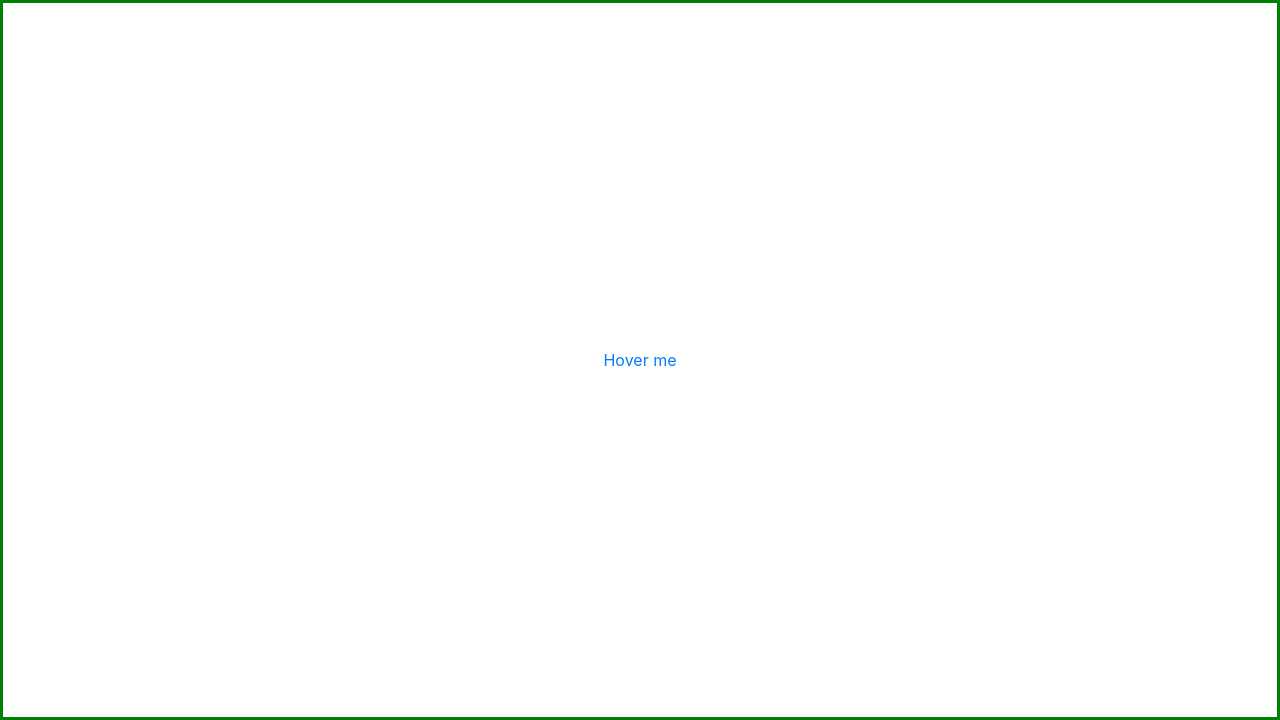
Repository: tts2610/React-Intro
Page: /
These files come from the project's save history. The page is drawn as it stood at one moment and after the next save; the edit follows.
The browser window is 1280 px wide. The pictures show the whole page.
Some web libraries are served in a nearby version. The project was rebuilt for these pictures with package versions that can differ from the ones it lists, and the page was loaded fresh each time. Also part of the build but not shown: src/components/ChoiceCard.js, src/components/Button.js, src/components/Result.js, src/components/History.js.

Above is the page before, as saved 2020-05-26 23:43:57.

### public/index.html
<!DOCTYPE html>
<html lang="en">

<head>
    <meta charset="utf-8" />
    <link rel="icon" href="%PUBLIC_URL%/favicon.ico" />
    <meta name="viewport" content="width=device-width, initial-scale=1" />
    <meta name="theme-color" content="#000000" />
    <meta name="description" content="Web site created using create-react-app" />
    <link rel="apple-touch-icon" href="%PUBLIC_URL%/logo192.png" />
    <!--
      manifest.json provides metadata used when your web app is installed on a
      user's mobile device or desktop. See https://developers.google.com/web/fundamentals/web-app-manifest/
    -->
    <link rel="manifest" href="%PUBLIC_URL%/manifest.json" />
    <!--
      Notice the use of %PUBLIC_URL% in the tags above.
      It will be replaced with the URL of the `public` folder during the build.
      Only files inside the `public` folder can be referenced from the HTML.

      Unlike "/favicon.ico" or "favicon.ico", "%PUBLIC_URL%/favicon.ico" will
      work correctly both with client-side routing and a non-root public URL.
      Learn how to configure a non-root public URL by running `npm run build`.
    -->
    <title>React App</title>
    <link rel="stylesheet" href="https://maxcdn.bootstrapcdn.com/bootstrap/4.0.0/css/bootstrap.min.css" integrity="sha384-Gn5384xqQ1aoWXA+058RXPxPg6fy4IWvTNh0E263XmFcJlSAwiGgFAW/dAiS6JXm" crossorigin="anonymous">
</head>

<body>
    <noscript>You need to enable JavaScript to run this app.</noscript>
    <div id="root"></div>
    <!--
      This HTML file is a template.
      If you open it directly in the browser, you will see an empty page.

      You can add webfonts, meta tags, or analytics to this file.
      The build step will place the bundled scripts into the <body> tag.

      To begin the development, run `npm start` or `yarn start`.
      To create a production bundle, use `npm run build` or `yarn build`.
    -->
    <script src="https://code.jquery.com/jquery-3.2.1.slim.min.js" integrity="sha384-KJ3o2DKtIkvYIK3UENzmM7KCkRr/rE9/Qpg6aAZGJwFDMVNA/GpGFF93hXpG5KkN" crossorigin="anonymous"></script>
    <script src="https://cdnjs.cloudflare.com/ajax/libs/popper.js/1.12.9/umd/popper.min.js" integrity="sha384-ApNbgh9B+Y1QKtv3Rn7W3mgPxhU9K/ScQsAP7hUibX39j7fakFPskvXusvfa0b4Q" crossorigin="anonymous"></script>
    <script src="https://maxcdn.bootstrapcdn.com/bootstrap/4.0.0/js/bootstrap.min.js" integrity="sha384-JZR6Spejh4U02d8jOt6vLEHfe/JQGiRRSQQxSfFWpi1MquVdAyjUar5+76PVCmYl" crossorigin="anonymous"></script>
</body>

</html>

### src/App.js
import React , {Component } from 'react';
import './App.css';
import ChoiceCard from './components/ChoiceCard';
import Button from './components/Button';
import Result from './components/Result';
import History from './components/History';


const choices = {
  rock:
    "https://opengameart.org/sites/default/files/forum-attachments/very%20simple%20rock_0.png",
  paper: "http://pngimagesfree.com/Paper/Thumb/blank-note-paper-free-clipa.png",
  scissor: "http://www.pngmart.com/files/1/Scissors-PNG-Pic.png"
};

export default class App extends Component{
    // const [choiceDic,setChoice] = useState({me:{winner:1,imgURL:choices.rock},computer:{winner:0,imgURL:choices.scissor}})
  constructor(props){
    super(props);
    this.state = {
      isStart:false,
      me:{winner:1,imgURL:"http://www.pngmart.com/files/1/Scissors-PNG-Pic.png"},
      computer:{winner:0,imgURL:"http://pngimagesfree.com/Paper/Thumb/blank-note-paper-free-clipa.png"},
      history:[]
    }
  }

  randomProperty = function (obj) {
    let keys = Object.keys(obj);
    let randomNum = keys.length * Math.random() << 0;
    return [obj[keys[randomNum]],keys[randomNum]];
  };

  handleClick = (myChoice)=>{
    let random = this.randomProperty(choices)
    let computerChoice = random[1];
    let myWinnerState;
    let computerWinnerState;
    if ((myChoice==='rock' && computerChoice==='scissor')||(myChoice==='paper' && computerChoice==='rock')|| (myChoice==='scissor' && computerChoice==='paper')) {
        myWinnerState = 1;
        computerWinnerState = 0;
    }else if((computerChoice==='rock' && myChoice==='scissor')||(computerChoice==='paper' && myChoice==='rock')|| (computerChoice==='scissor' && myChoice==='paper')){
        computerWinnerState = 1;
        myWinnerState = 0;
    }
    else{
        computerWinnerState = 2;
        myWinnerState = 2;
    }
    this.setState({
      me: {winner:myWinnerState,imgURL:choices[myChoice]},
      computer:{winner:computerWinnerState,imgURL:random[0]},
      history:[...this.state.history,[myWinnerState,computerWinnerState]]
    },()=>{
      console.log(this.state.history)
    });

  }

  render(){

    if(!this.state.isStart){
      return(<div className="center">
          <a href="" class="btn btn-2">
            <span class="txt">Hover me</span>
            <span class="round"><i class="fa fa-chevron-right"></i></span>
        </a>
      </div>)
    }
    return (
      <div className="App">
        <div className="row">
          <div className="col-6">
              <ChoiceCard title="You" winner={this.state.me.winner} imgURL={this.state.me.imgURL} />
          </div>
          <div className="col-6">
              <ChoiceCard title="Computer" winner={this.state.computer.winner} imgURL={this.state.computer.imgURL}/>
          </div>
        </div>

        <div className="row rowOfButtons">
        <Button type="rock" handleClick={this.handleClick}/>
        <Button type="paper" handleClick={this.handleClick}/>
        <Button type="scissor" handleClick={this.handleClick}/>
        </div>
        <div className="row mx-auto resultContainer py-5">
          <div className="col-md-3 rainbow mr-5 resultInner">
          <Result result={[this.state.me.winner,this.state.computer.winner]}/>
          </div>
          <div className="col-md-3 rainbow">
            <History historyList={this.state.history}/>
          </div>

        </div>
      </div>
    );
  }

}

### src/App.css
.App {
    min-height: 100vh;
    text-align: center;
    background-color: #e9ebee;
}

.rowOfButtons {
    display: flex;
    justify-content: center;
}

.rowOfButtons button {
    width: 100px;
}

.choice-card {
    flex: 1;
    display: flex;
    margin: 100px;
    font-size: 3em;
    padding: 0 40px;
    font-weight: 300;
    text-align: center;
    border-radius: 25px;
    flex-direction: column;
    align-items: center;
    border: 1px solid black;
    background-color: white;
    justify-content: space-around;
    box-shadow: 0 4px 8px 0 rgba(0, 0, 0, 0.2), 0 6px 20px 0 rgba(0, 0, 0, 0.19);
}

img {
    width: 250px;
    height: 250px;
}

h1 {
    font-size: 50px;
}

.winner {
    color: green;
    border: 10px solid green;
}

.loser {
    color: red;
    border: 10px solid red;
}

.tie {
    border: 10px solid black;
}

.result {
    width: max-content;
    display: flex;
    justify-content: center;
}

@-webkit-keyframes rotate {
    100% {
        -webkit-transform: rotate(1turn);
        transform: rotate(1turn);
    }
}

@keyframes rotate {
    100% {
        -webkit-transform: rotate(1turn);
        transform: rotate(1turn);
    }
}

.rainbow {
    position: relative;
    z-index: 0;
    width: 400px;
    height: 300px;
    border-radius: 10px;
    overflow: hidden;
    padding: 2rem;
    padding-bottom: 50px;
}

.rainbow::before {
    content: '';
    position: absolute;
    z-index: -2;
    left: -50%;
    top: -50%;
    width: 200%;
    height: 200%;
    background-color: #399953;
    background-repeat: no-repeat;
    background-size: 50% 50%, 50% 50%;
    background-position: 0 0, 100% 0, 100% 100%, 0 100%;
    background-image: -webkit-gradient(linear, left top, left bottom, from(#399953), to(#399953)), -webkit-gradient(linear, left top, left bottom, from(#fbb300), to(#fbb300)), -webkit-gradient(linear, left top, left bottom, from(#d53e33), to(#d53e33)), -webkit-gradient(linear, left top, left bottom, from(#377af5), to(#377af5));
    background-image: linear-gradient(#399953, #399953), linear-gradient(#fbb300, #fbb300), linear-gradient(#d53e33, #d53e33), linear-gradient(#377af5, #377af5);
    -webkit-animation: rotate 4s linear infinite;
    animation: rotate 4s linear infinite;
}

.rainbow::after {
    content: '';
    position: absolute;
    z-index: -1;
    left: 6px;
    top: 6px;
    width: calc(100% - 12px);
    height: calc(100% - 12px);
    background: white;
    border-radius: 5px;
}

.resultInner {
    display: flex;
    align-items: center;
    justify-content: center;
}

.resultContainer {
    justify-content: center;
}

.center {
    display: flex;
    justify-content: center;
    align-items: center;
    height: 100vh;
    border: 3px solid green;
}

Loaded but not shown: src/index.js (common file); src/index.css (common file); src/serviceWorker.js (common file)

After the next save:
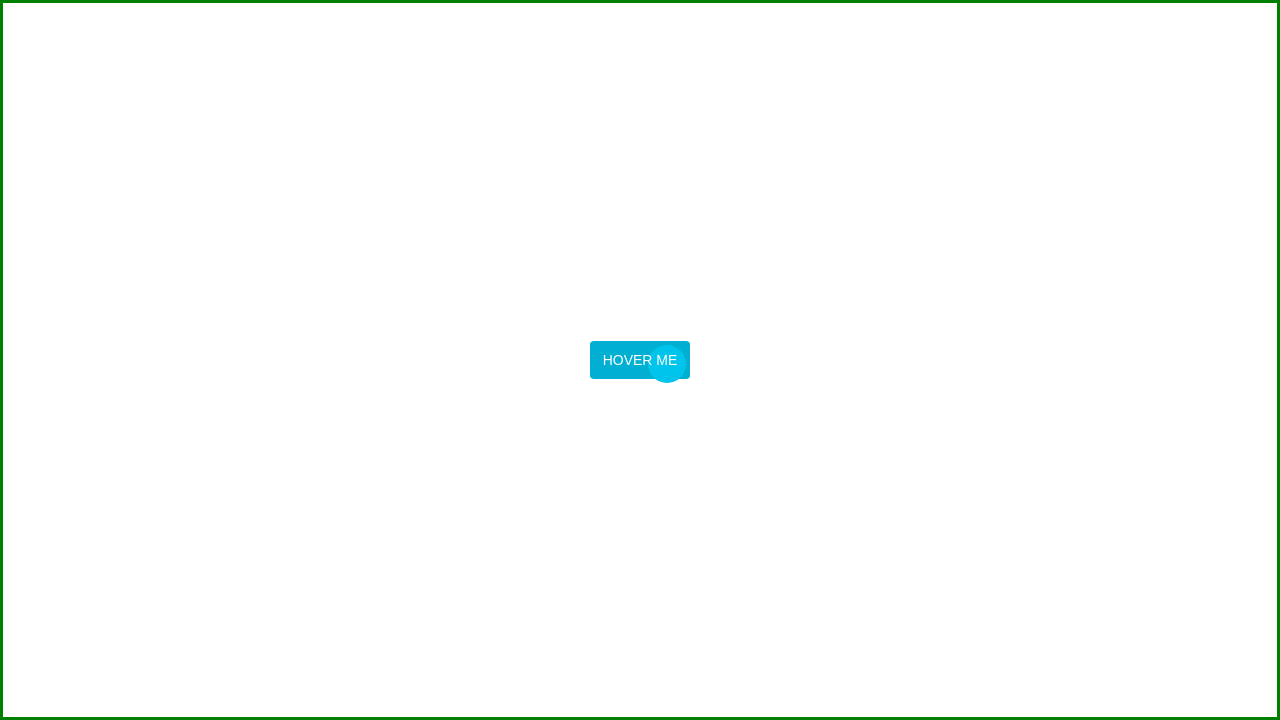
Saved 86 s later.
--- a/src/App.css
+++ b/src/App.css
@@ -131,3 +131,67 @@ h1 {
     height: 100vh;
     border: 3px solid green;
 }
+
+.btn-2 {
+    background-color: #00AFD1;
+}
+
+.btn-2 .round {
+    background-color: #00c4eb;
+}
+
+a {
+    text-decoration: none;
+    -moz-border-radius: 30px;
+    -webkit-border-radius: 30px;
+    border-radius: 30px;
+    padding: 12px 53px 12px 23px;
+    color: #fff;
+    text-transform: uppercase;
+    font-family: sans-serif;
+    font-weight: bold;
+    position: relative;
+    -moz-transition: all 0.3s;
+    -o-transition: all 0.3s;
+    -webkit-transition: all 0.3s;
+    transition: all 0.3s;
+    display: inline-block;
+}
+
+a span {
+    position: relative;
+    z-index: 3;
+}
+
+a .round {
+    -moz-border-radius: 50%;
+    -webkit-border-radius: 50%;
+    border-radius: 50%;
+    width: 38px;
+    height: 38px;
+    position: absolute;
+    right: 3px;
+    top: 3px;
+    -moz-transition: all 0.3s ease-out;
+    -o-transition: all 0.3s ease-out;
+    -webkit-transition: all 0.3s ease-out;
+    transition: all 0.3s ease-out;
+    z-index: 2;
+}
+
+a .round i {
+    position: absolute;
+    top: 50%;
+    margin-top: -6px;
+    left: 50%;
+    margin-left: -4px;
+    -moz-transition: all 0.3s;
+    -o-transition: all 0.3s;
+    -webkit-transition: all 0.3s;
+    transition: all 0.3s;
+}
+
+.txt {
+    font-size: 14px;
+    line-height: 1.45;
+}

After the save that followed:
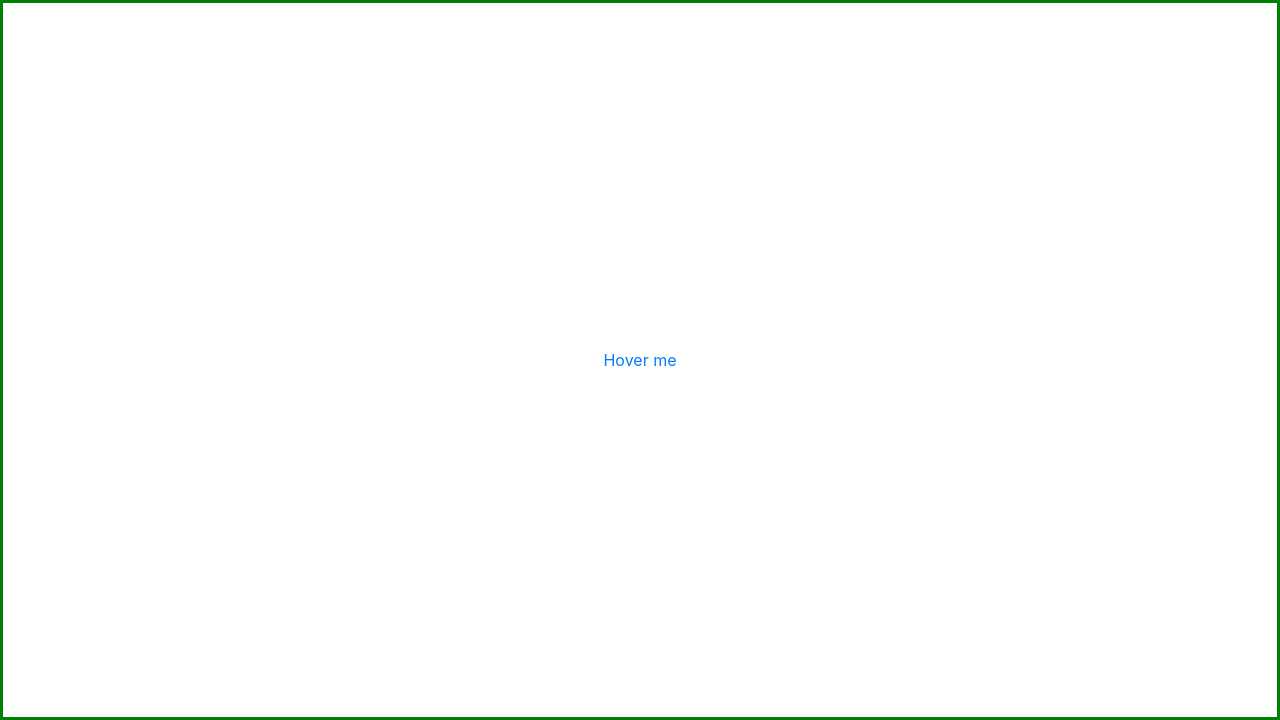
Saved 17 s later.
--- a/src/App.css
+++ b/src/App.css
@@ -131,67 +131,3 @@ h1 {
     height: 100vh;
     border: 3px solid green;
 }
-
-.btn-2 {
-    background-color: #00AFD1;
-}
-
-.btn-2 .round {
-    background-color: #00c4eb;
-}
-
-a {
-    text-decoration: none;
-    -moz-border-radius: 30px;
-    -webkit-border-radius: 30px;
-    border-radius: 30px;
-    padding: 12px 53px 12px 23px;
-    color: #fff;
-    text-transform: uppercase;
-    font-family: sans-serif;
-    font-weight: bold;
-    position: relative;
-    -moz-transition: all 0.3s;
-    -o-transition: all 0.3s;
-    -webkit-transition: all 0.3s;
-    transition: all 0.3s;
-    display: inline-block;
-}
-
-a span {
-    position: relative;
-    z-index: 3;
-}
-
-a .round {
-    -moz-border-radius: 50%;
-    -webkit-border-radius: 50%;
-    border-radius: 50%;
-    width: 38px;
-    height: 38px;
-    position: absolute;
-    right: 3px;
-    top: 3px;
-    -moz-transition: all 0.3s ease-out;
-    -o-transition: all 0.3s ease-out;
-    -webkit-transition: all 0.3s ease-out;
-    transition: all 0.3s ease-out;
-    z-index: 2;
-}
-
-a .round i {
-    position: absolute;
-    top: 50%;
-    margin-top: -6px;
-    left: 50%;
-    margin-left: -4px;
-    -moz-transition: all 0.3s;
-    -o-transition: all 0.3s;
-    -webkit-transition: all 0.3s;
-    transition: all 0.3s;
-}
-
-.txt {
-    font-size: 14px;
-    line-height: 1.45;
-}
